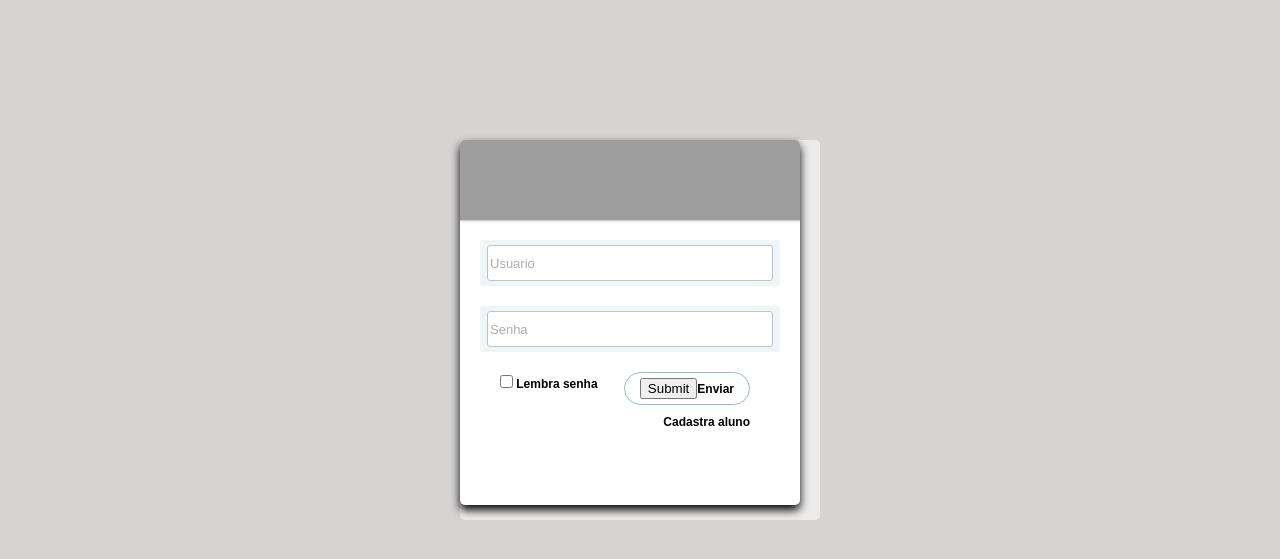
Repository: luisjonson/ProjetoWebAcademia
Page: http://localhost/RepositorioWebProject/Login.jsp
The author's editor kept a copy of each file at every save. The page is drawn from the files as they stood at one save, then again after the next save.
The browser window is 1280 px wide. The pictures show the whole page.
Pictures or frames that could not be fetched are drawn as grey boxes. The page is served by Tomcat 9. Other server files are loaded and not shown.

Above is the page before, as saved 2017-04-10 01:55:16.

### Projeto_Web/RepositorioWebProject/WebContent/Login.jsp
<%@ page language="java" contentType="text/html; charset=utf-8"
	pageEncoding="ISO-8859-1"%>
<!DOCTYPE
 html PUBLIC "-//W3C//DTD HTML 4.01 Transitional//EN" "http://www.w3.org/TR/html4/loose.dtd">
<html>
<head>

</head>

<title>Login</title>

<style type="text/css" >

body {
	background-color: #D6D3D3;
}

#login-box {
	background-color: #ECECEC;
	width: 360px;
	height: 380px;
	margin: 140px auto 0px;
	border-radius: 5px;

}

#login-box-interno {
	width: 340px;
	height: 365px;
	background-color:white;
	position: absolute;
	border-radius: 5px;
	box-shadow: 0px 5px 10px black;
	overflow: hidden;
}

#login-box-label {
	background-color:#D6D3D3;
	height:80px;
	text-align:center;
    font:bold 12px/12px sans-serif;
    border-top-left-radius:5px;
    border-top-right-radius:5px;
    border-bottom:1px solid #cccccc;
    box-shadow:1px 0px 3px #ccc4c5;
}

#imagens{
	max-width: 800px;
}

.input-div{

	margin: 20px;
	padding: 5px;
   background-color:#f2f5f7;

	border-radius: 3px;
}

.input-div input{

	width: 280px;
	height: 32px;
	padding-left: 2px;
	font: normal 13px sans-serif;
	color: #aeaeae;
	border-radius: 3px;
	border: 1px solid #bfc4c6;
    outline:none;
}

.input-div:hover{
	background-color: #8C8C8A;
}

.input-div:hover input{
	border-color: #797B79
}
.input-senha{
  margin-top:-10px;
  }

  #botoes{
    width:280px;
    margin-left:10px;
  }

  #botao{
    float:right;
    background-color:;
    padding:5px 15px;
    font:bold 12px sans-serif;
    border-radius:20px;
    text-shadow:0px 1px 0px white;
    border:1px solid #9eb9c3;
  }

  #CadastraAluno{
    font:bold 12px sans-serif;
     float:right;
     margin-left:30px;
  }

</style>
<body>
	<div id="login-box">

		<div id="login-box-interno">

			<div id="login-box-label">

				<div id=imagens><img alt="Smart Fit" src="C:\Users\nano\workspace\ProjetoWebAcademia\Projeto_Web\RepositorioWebProject\WebContent\Imagem\Smart.png" width="340" height="80"/></div>

				<div class="input-div" id="input-usuario">
					<input type="text" value="Usuario">
				</div>

				<div class="input-div" id="input-senha">
					<input type="text" value="Senha">
				</div>

                <div id="botoes">
                  <div id="botao"><input type="submit" >Enviar</div>
                  <div id="lembra-senha"><input type="checkbox"/>Lembra senha</div><br><br>
                  <div id="CadastraAluno">Cadastra aluno</div>
                  </div>
              </div>
         </div>
	</div>




</body>
</html>

After the next save:
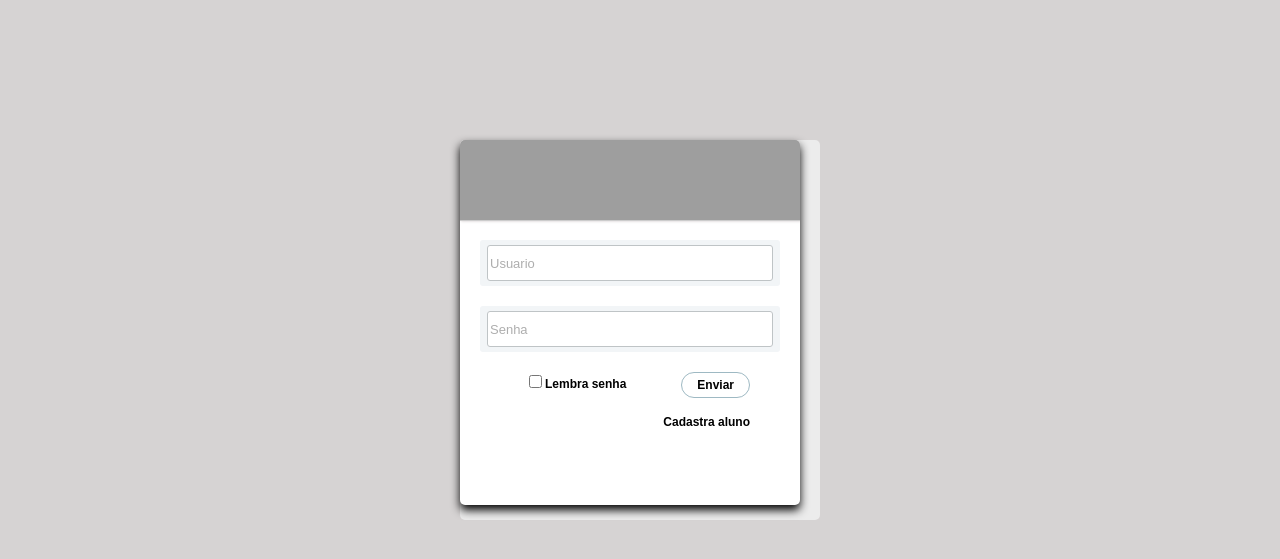
Saved 22 s later.
--- a/Projeto_Web/RepositorioWebProject/WebContent/Login.jsp
+++ b/Projeto_Web/RepositorioWebProject/WebContent/Login.jsp
@@ -121,7 +121,7 @@ body {
 				</div>
 
                 <div id="botoes">
-                  <div id="botao"><input type="submit" >Enviar</div>
+                  <div id="botao" >Enviar</div>
                   <div id="lembra-senha"><input type="checkbox"/>Lembra senha</div><br><br>
                   <div id="CadastraAluno">Cadastra aluno</div>
                   </div>
